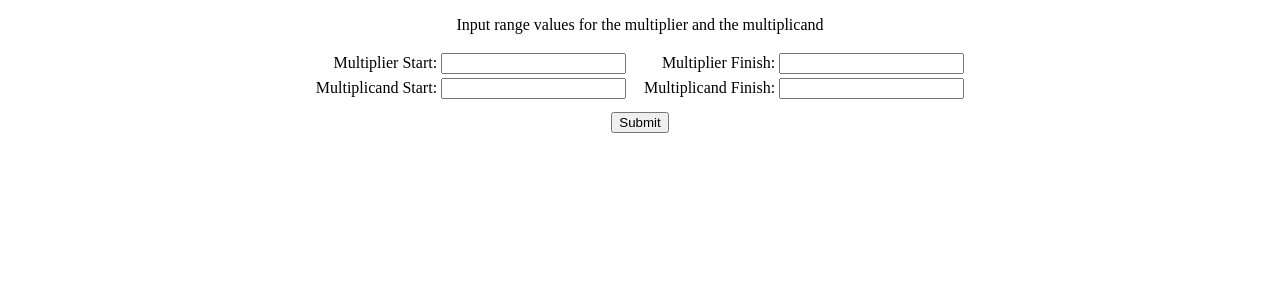
Repository: khrasna/HW4Part2
Page: index.html
These files come from the project's save history. The page is drawn as it stood at one moment and after the next save; the edit follows.
The browser window is 1280 px wide. The pictures show the whole page.

Above is the page before, as saved 2021-11-13 13:56:59.

After the next save:
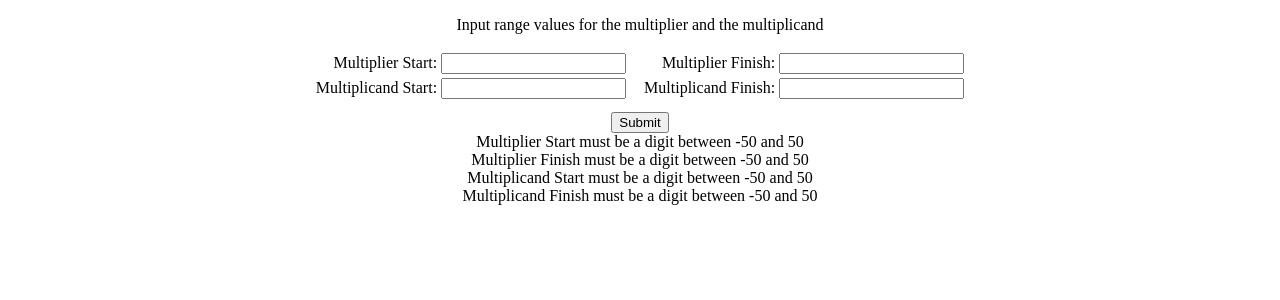
Saved 36 s later.
--- a/formvalidate.js
+++ b/formvalidate.js
@@ -66,6 +66,8 @@
                 $(error).appendTo($(('#FormInput')));
             },
             errorElement: "p"
-        });
+    });
+
+    console.log($("#FormInput").valid());
 
     });

After the 2 saves that followed:
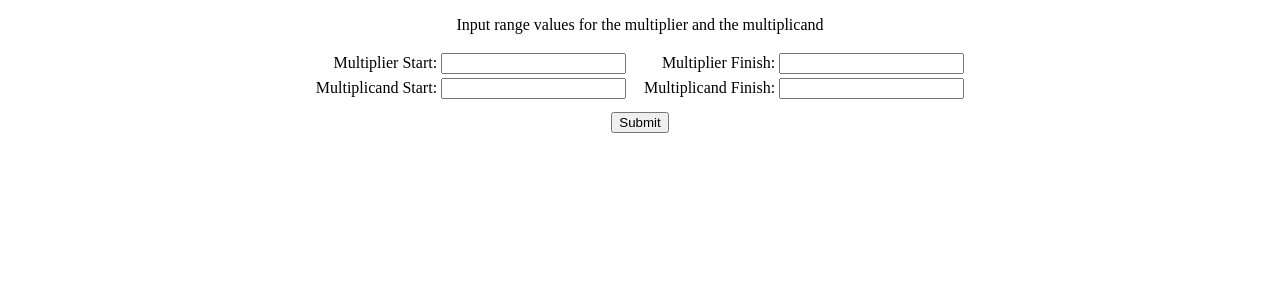
The 2 saves are shown as one change because they came seconds apart.
The last was saved 21 s later.
--- a/formvalidate.js
+++ b/formvalidate.js
@@ -65,9 +65,10 @@
             errorPlacement: function (error, element) {
                 $(error).appendTo($(('#FormInput')));
             },
-            errorElement: "p"
+        errorElement: "p"
+
     });
 
-    console.log($("#FormInput").valid());
+
 
     });
